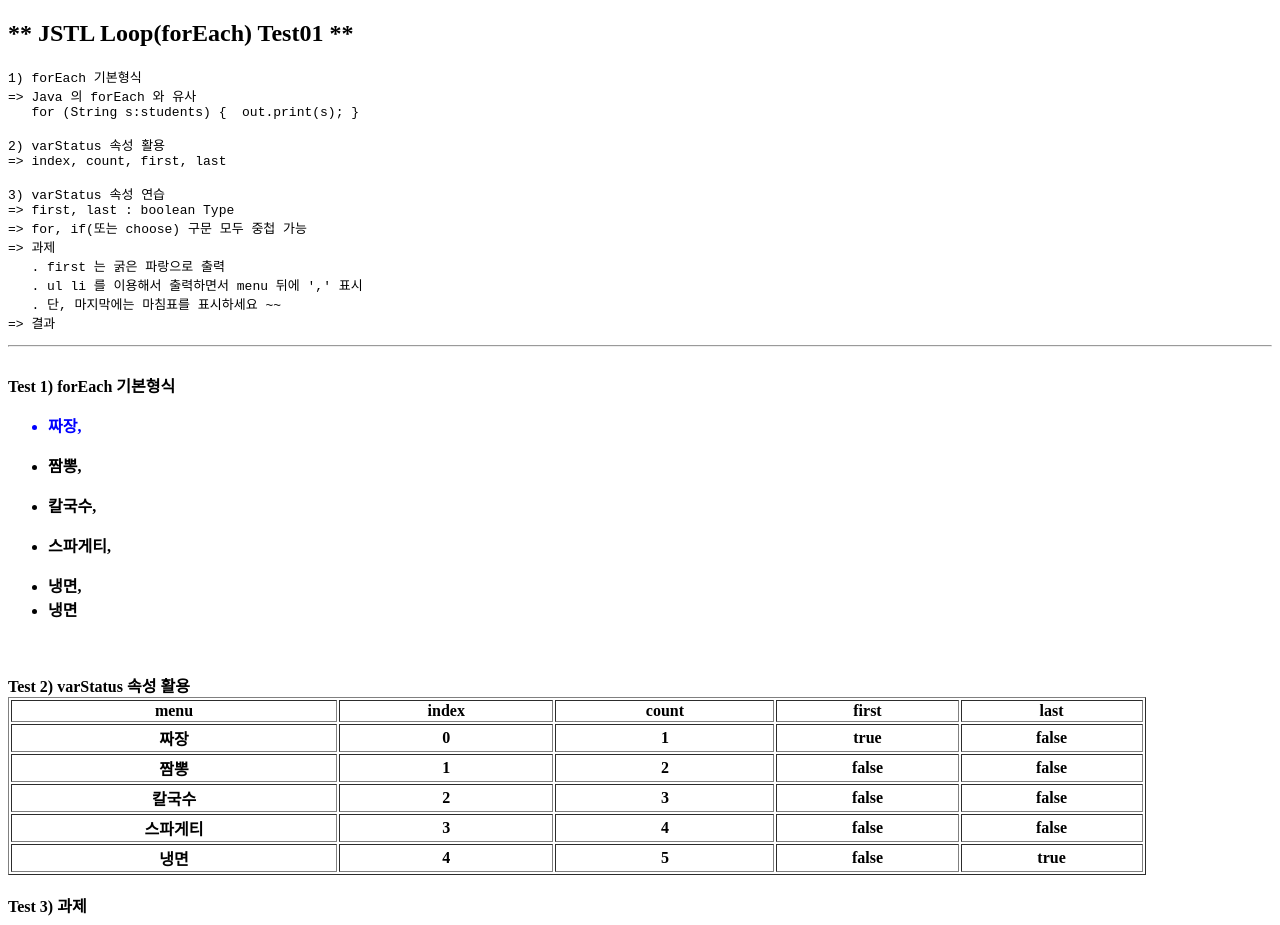
Repository: JYH94/JAVA
Page: http://localhost/web01/jsp03_jstl/ex03_for01.jsp
The author's editor kept a copy of each file at every save. The page is drawn from the files as they stood at one save, then again after the next save.
The browser window is 1280 px wide. The pictures show the whole page.
The page is served by Tomcat 9.

Above is the page before, as saved 2024-01-16 08:09:52.

After the next save:
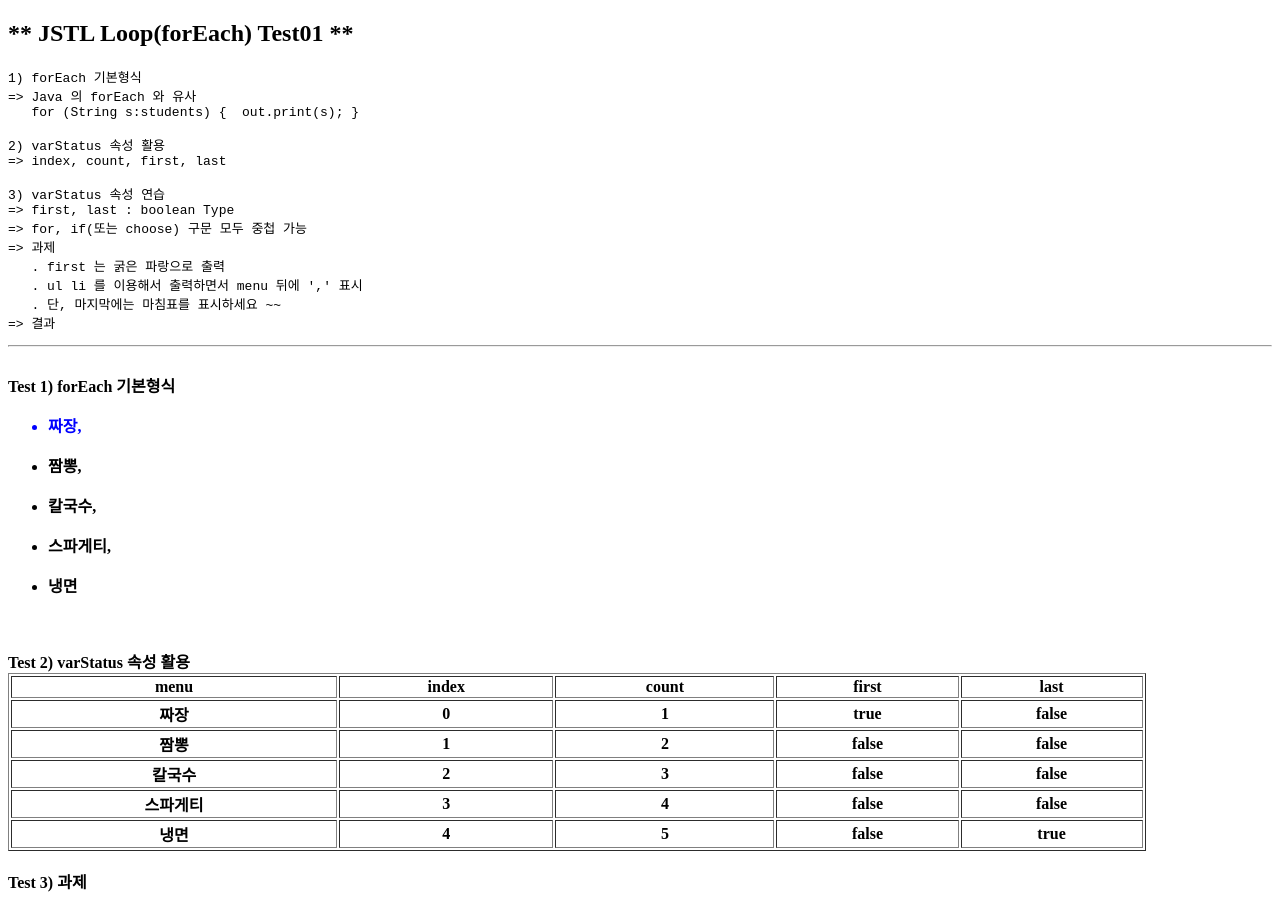
Saved 18 s later.
--- a/web01/src/main/webapp/jsp03_jstl/ex03_for01.jsp
+++ b/web01/src/main/webapp/jsp03_jstl/ex03_for01.jsp
@@ -41,7 +41,7 @@ pageContext.setAttribute("menuList", menu);
 			<li style=color:blue>${menu}, &nbsp;</li>
 		</c:if>
 
-		<c:if test="${m.first == false}">
+		<c:if test="${m.first == false && m.last == false}">
 			<li>${menu}, &nbsp;</li>
 		</c:if>
 
